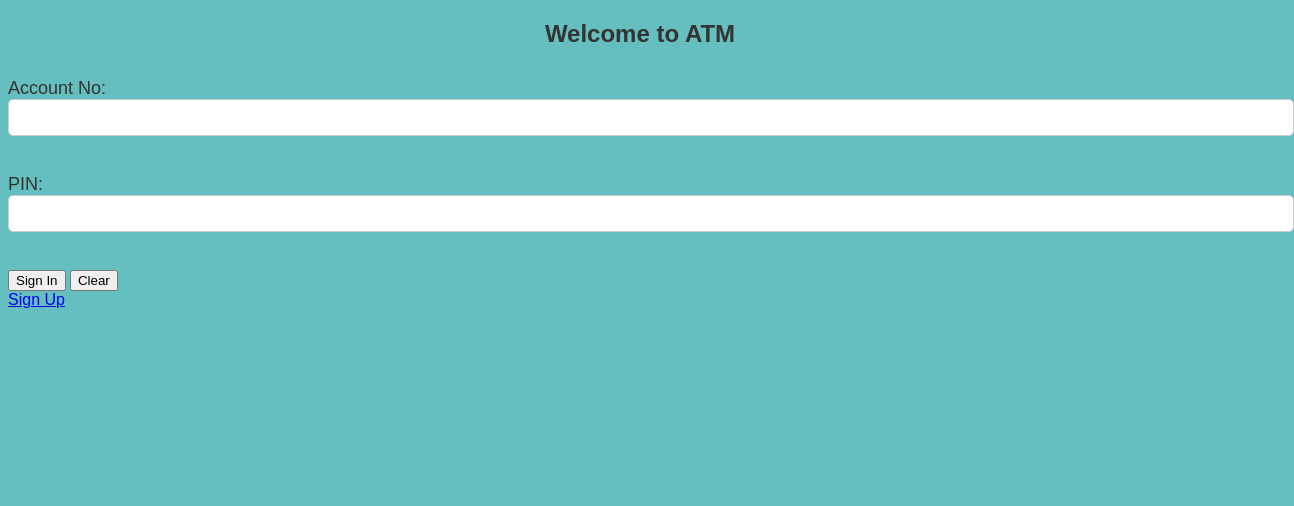
Repository: gauravraj08/bankingSystemJspServlet
Page: http://localhost/BankMangementSystem/login.jsp
An editor plug-in stored every save of this project. The page is shown before and after the next save, followed by the edit.
The browser window is 1280 px wide. The page is 1294 px wide, then 1280 px, so the pictures cover 1294 px, including what lies to the right of the window. The pictures show the whole page.
The page is served by Tomcat 9.

Above is the page before, as saved 2024-04-19 06:07:24.

After the next save:
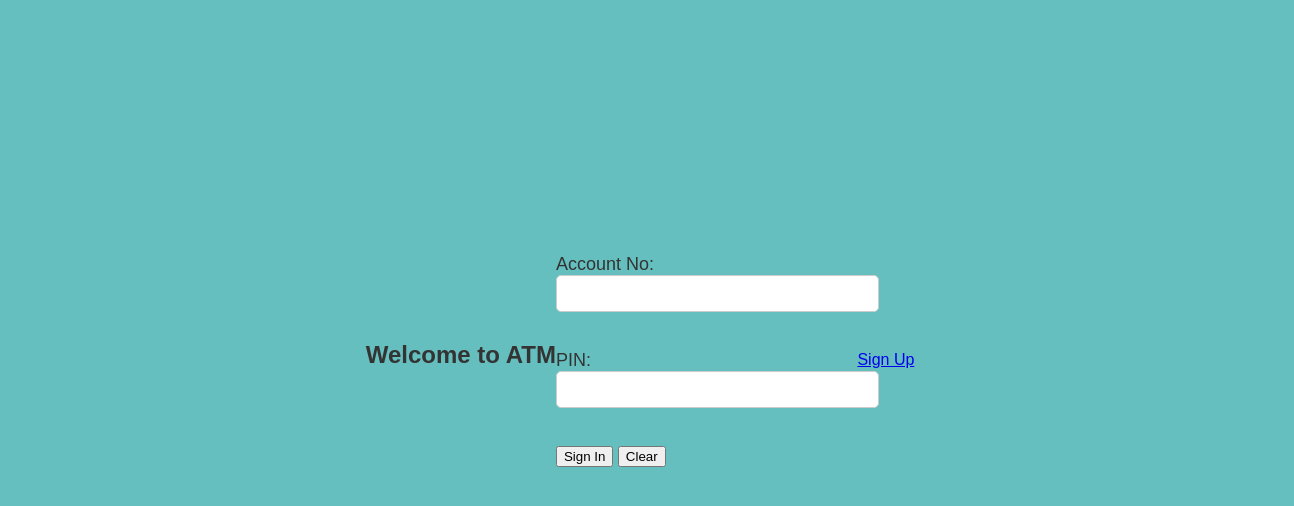
Saved 116 s later.
--- a/BankMangementSystem/src/main/webapp/login.jsp
+++ b/BankMangementSystem/src/main/webapp/login.jsp
@@ -9,16 +9,19 @@
         body {
             background-color: #65BFBF;
             font-family: Arial, sans-serif;
+            display: flex;
+            justify-content: center;
+            align-items: center;
+            height: 100vh;
+            margin: 0;
         }
 
         .container {
-            width: 400px;
-            margin: 0 auto;
+            width: 50%;
             padding: 20px;
             background-color: #fff;
             border-radius: 10px;
             box-shadow: 0 0 10px rgba(0, 0, 0, 0.1);
-            margin-top: 100px;
         }
 
         h2 {
